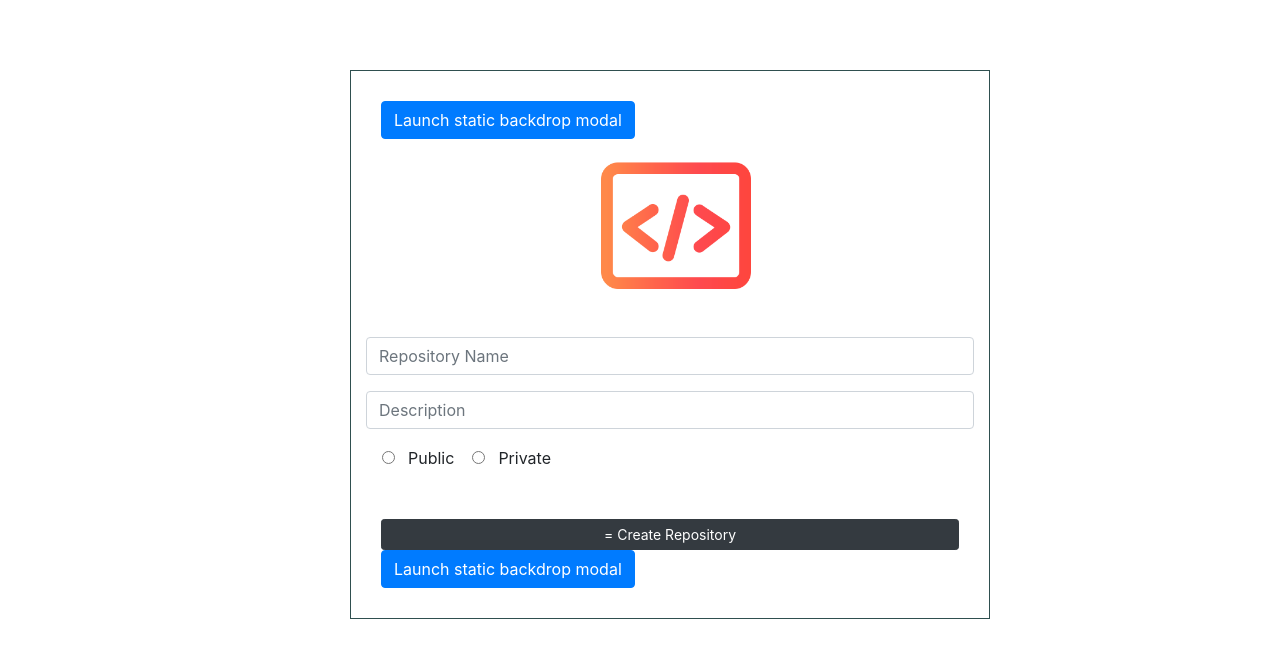
Repository: rashmikagamage/OAuth-Implementation
Page: /auth/github/callback (app in frontend/)
The author's editor kept a copy of each file at every save. The page is drawn from the files as they stood at one save, then again after the next save.
The browser window is 1280 px wide. The pictures show the whole page.
Some web libraries are served in a nearby version. The project was rebuilt for these pictures with package versions that can differ from the ones it lists, and the page was loaded fresh each time. Also part of the build but not shown: frontend/src/css/twitter.css, frontend/src/components/login.js, frontend/src/components/twitter-home.js, frontend/src/components/login-git.js, frontend/src/App.css.

Above is the page before, as saved 2021-10-01 09:58:09.

### frontend/public/index.html
<!DOCTYPE html>
<html lang="en">
  <head>
    <meta charset="utf-8" />
    <link rel="icon" href="%PUBLIC_URL%/favicon.ico" />
    <meta name="viewport" content="width=device-width, initial-scale=1" />
    <meta name="theme-color" content="#000000" />
    <meta
      name="description"
      content="Web site created using create-react-app"
    />
    <link rel="apple-touch-icon" href="%PUBLIC_URL%/logo192.png" />
    <!--
      manifest.json provides metadata used when your web app is installed on a
      user's mobile device or desktop. See https://developers.google.com/web/fundamentals/web-app-manifest/
    -->
    <link rel="manifest" href="%PUBLIC_URL%/manifest.json" />
    <link rel="stylesheet" href="https://pro.fontawesome.com/releases/v5.13.0/css/all.css">
    <link rel="shortcut icon" href="%PUBLIC_URL%/favicon.ico">
    <!--
      Notice the use of %PUBLIC_URL% in the tags above.
      It will be replaced with the URL of the `public` folder during the build.
      Only files inside the `public` folder can be referenced from the HTML.

      Unlike "/favicon.ico" or "favicon.ico", "%PUBLIC_URL%/favicon.ico" will
      work correctly both with client-side routing and a non-root public URL.
      Learn how to configure a non-root public URL by running `npm run build`.
    -->
    <link rel="stylesheet" href="https://maxcdn.bootstrapcdn.com/bootstrap/4.0.0/css/bootstrap.min.css" integrity="sha384-Gn5384xqQ1aoWXA+058RXPxPg6fy4IWvTNh0E263XmFcJlSAwiGgFAW/dAiS6JXm" crossorigin="anonymous">
    <title>React App</title>

  </head>
  <body>

    <noscript>You need to enable JavaScript to run this app.</noscript>
    <div id="root"></div>
    <!--
      This HTML file is a template.
      If you open it directly in the browser, you will see an empty page.

      You can add webfonts, meta tags, or analytics to this file.
      The build step will place the bundled scripts into the <body> tag.

      To begin the development, run `npm start` or `yarn start`.
      To create a production bundle, use `npm run build` or `yarn build`.
    -->
    <script src="https://code.jquery.com/jquery-3.2.1.slim.min.js" integrity="sha384-KJ3o2DKtIkvYIK3UENzmM7KCkRr/rE9/Qpg6aAZGJwFDMVNA/GpGFF93hXpG5KkN" crossorigin="anonymous"></script>
    <script src="https://cdnjs.cloudflare.com/ajax/libs/popper.js/1.12.9/umd/popper.min.js" integrity="sha384-ApNbgh9B+Y1QKtv3Rn7W3mgPxhU9K/ScQsAP7hUibX39j7fakFPskvXusvfa0b4Q" crossorigin="anonymous"></script>
    <script src="https://maxcdn.bootstrapcdn.com/bootstrap/4.0.0/js/bootstrap.min.js" integrity="sha384-JZR6Spejh4U02d8jOt6vLEHfe/JQGiRRSQQxSfFWpi1MquVdAyjUar5+76PVCmYl" crossorigin="anonymous"></script>
  </body>
</html>

### frontend/src/App.js
import Login from './components/login';
import GitHome from './components/git-home';
import TwitterHome from './components/twitter-home';
import LoginGit from './components/login-git';
import {BrowserRouter as Router, Route} from "react-router-dom";
import './App.css';


function App() {
  return (
    <Router>{
      <div>
          <switch>
              <Route path="/login" component={Login}/>
              <Route path="/logingit" component={LoginGit}/>
              <Route path="/auth/github/callback" component={GitHome}/>
              <Route path="/auth/twitter/callback" component={TwitterHome}/>
          </switch>
      </div>
  }

  </Router>
  );
}

export default App;

### frontend/src/components/git-home.js
import "../css/git.css";
import { Button,Modal } from 'react-bootstrap';
import code from "../images/code.png";
import React, { useState } from "react";
import GitModal from "./git-modal";
const Axios = require("axios").default;


function GitHome(props) {

    const createRepos = async () => {
      Axios({
        method: "POST",
        withCredentials: true,
        url: "http://localhost:4000/git/createrepos",
      }).then((res) => console.log(res));
  };

  const [show, setShow] = useState(false);
  const handleClose = () => setShow(false);
  const handleShow = () => setShow(true);


  return (
    <div class="main">
        <>
        <Button variant="primary" onClick={handleShow}>
          Launch static backdrop modal
        </Button>

        <Modal
          show={show}
          onHide={handleClose}
          backdrop="static"
          keyboard={false}
        >
          <Modal.Header closeButton>
            <Modal.Title>Modal title</Modal.Title>
          </Modal.Header>
          <Modal.Body>
            Repository was created!!
          </Modal.Body>
          <Modal.Footer>
            <Button variant="secondary" onClick={handleClose}>
              Close
            </Button>
          </Modal.Footer>
        </Modal>
      </>
       <img src={code} alt="Avatar" class="img"></img>
      <form>
        <div class="form-group row mt-5">
          <input
            type="text"
            class="form-control"
            id="formGroupExampleInput"
            placeholder="Repository Name"
          ></input>
          <input
            type="text"
            class="form-control mt-3"
            id="formGroupExampleInput"
            placeholder="Description"
          ></input>
        </div>
        <table>
          <tr>
            <td>
              <div class="form-check">
                <input
                  class="form-check-input position-static"
                  type="radio"
                  name="public"
                  id="true"
                  value="option1"
                  aria-label="..."
                ></input>
              </div>
            </td>
            <td>
              <label class="form-check-label ml-1 mr-3" for="exampleRadios2">
                Public
              </label>
            </td>
            <td>
              <div class="form-check">
                <input
                  class="form-check-input position-static"
                  type="radio"
                  name="private"
                  id="false"
                  value="false"
                  aria-label="..."
                ></input>
              </div>
            </td>
            <td>
              <label class="form-check-label ml-1 mr-3" for="exampleRadios2">
                Private
              </label>
            </td>
          </tr>
        </table>
      </form>
      <button type="button" class="btn btn-dark btn-sm btn-block mt-5" onClick> = {()=>createRepos()}Create Repository</button>
      <GitModal></GitModal>
    </div>
  );
}

export default GitHome;

### frontend/src/css/git.css
.main{
  margin-top: 70px;
  margin-left: 350px;
  width: 50%;
  border: 1px solid darkslategray;
  padding: 30px;



}
.img{
    width: 150px;
    margin-left: 220px;
}

### frontend/src/components/git-modal.js
import { Button,Modal } from 'react-bootstrap';
import React, { useState } from "react";


function GitModal() {
    const [show, setShow] = useState(false);
    const handleClose = () => setShow(false);
    const handleShow = () => setShow(true);

    return (
      <>
        <Button variant="primary" onClick={handleShow}>
          Launch static backdrop modal
        </Button>

        <Modal
          show={show}
          onHide={handleClose}
          backdrop="static"
          keyboard={false}
        >
          <Modal.Header closeButton>
            <Modal.Title>Modal title</Modal.Title>
          </Modal.Header>
          <Modal.Body>
            Repository was created!!
          </Modal.Body>
          <Modal.Footer>
            <Button variant="secondary" onClick={handleClose}>
              Close
            </Button>
          </Modal.Footer>
        </Modal>
      </>
    );
  }


  export default GitModal;

Loaded but not shown: frontend/src/index.js (common file); frontend/src/index.css (common file); frontend/src/reportWebVitals.js (common file)

After the next save:
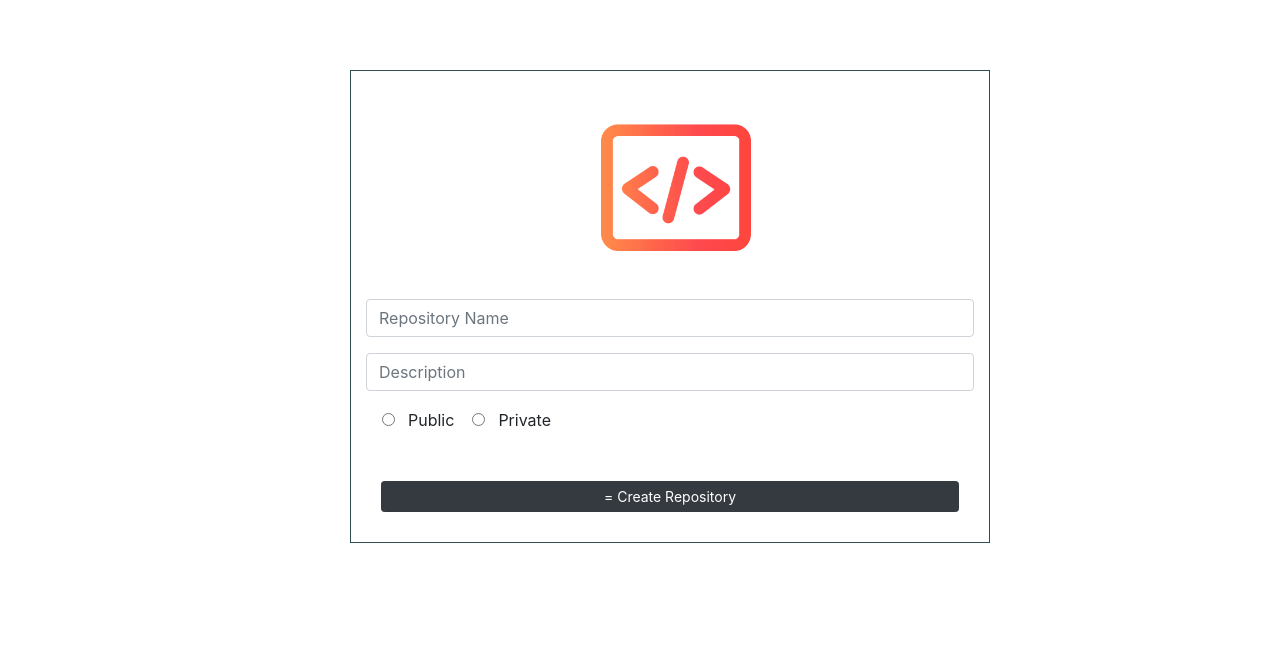
Saved 118 s later.
--- a/frontend/src/components/git-home.js
+++ b/frontend/src/components/git-home.js
@@ -9,6 +9,7 @@ const Axios = require("axios").default;
 function GitHome(props) {
 
     const createRepos = async () => {
+      handleShow();
       Axios({
         method: "POST",
         withCredentials: true,
@@ -24,9 +25,6 @@ function GitHome(props) {
   return (
     <div class="main">
         <>
-        <Button variant="primary" onClick={handleShow}>
-          Launch static backdrop modal
-        </Button>
 
         <Modal
           show={show}
@@ -103,7 +101,6 @@ function GitHome(props) {
         </table>
       </form>
       <button type="button" class="btn btn-dark btn-sm btn-block mt-5" onClick> = {()=>createRepos()}Create Repository</button>
-      <GitModal></GitModal>
     </div>
   );
 }
